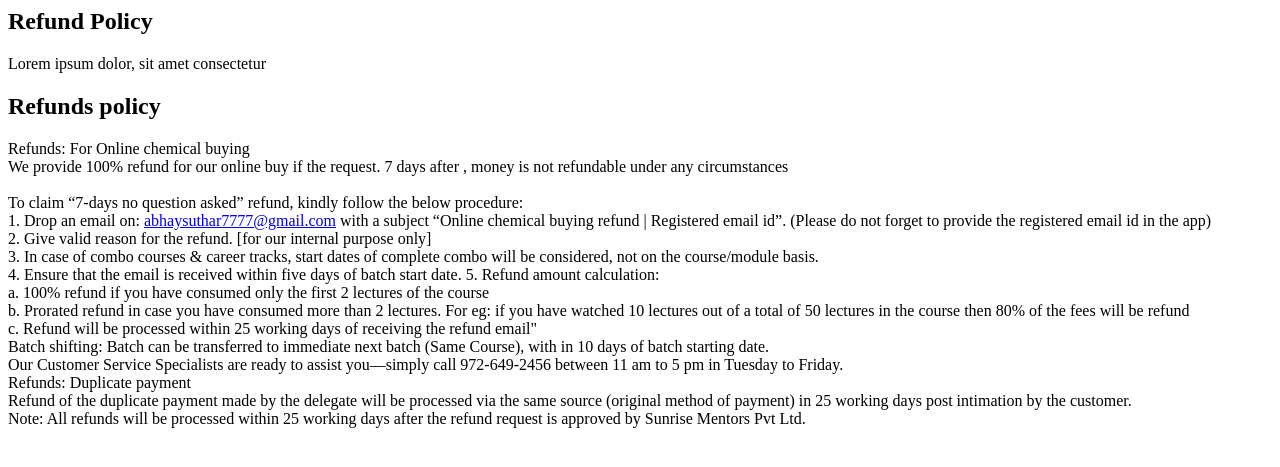
Repository: abhay3690/cheMart
Page: cheMart/cheMart/WebContent/jsp/user/refund.html
These files come from the project's save history. The page is drawn as it stood at one moment and after the next save; the edit follows.
The browser window is 1280 px wide. The pictures show the whole page.

Above is the page before, as saved 2023-11-07 11:10:00.

After the next save:
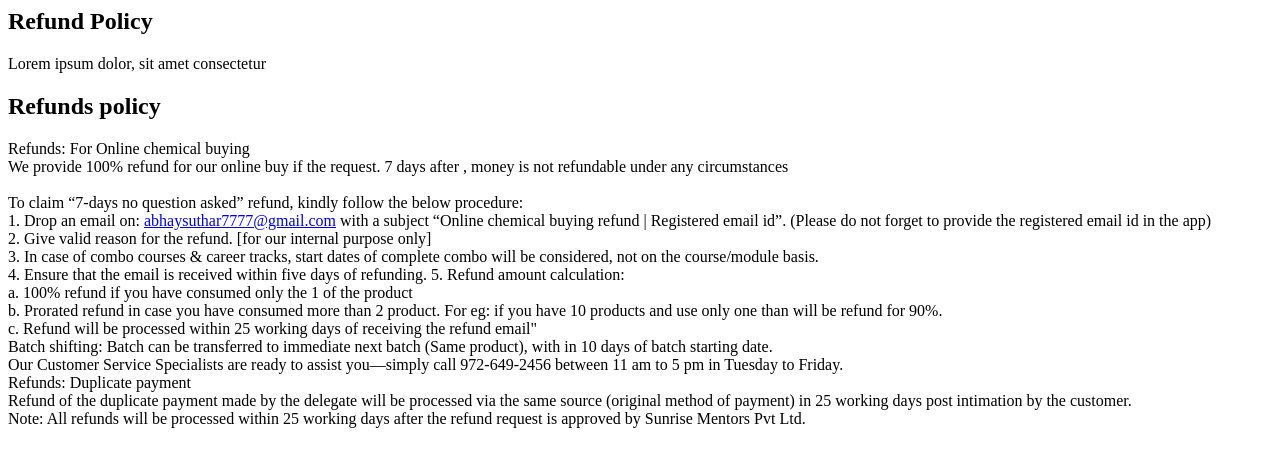
Saved 3 min 32 s later.
--- a/cheMart/cheMart/WebContent/jsp/user/refund.html
+++ b/cheMart/cheMart/WebContent/jsp/user/refund.html
@@ -15,16 +15,15 @@ email id in the app)<br>
 2. Give valid reason for the refund. [for our internal purpose only]<br>
 3. In case of combo courses & career tracks, start dates of complete combo will
 be considered, not on the course/module basis.<br>
-4. Ensure that the email is received within five days of batch start date.
+4. Ensure that the email is received within five days of refunding.
 5. Refund amount calculation:<br>
-a. 100% refund if you have consumed only the first 2 lectures of the
-course<br>
-b. Prorated refund in case you have consumed more than 2 lectures. For
-eg: if you have watched 10 lectures out of a total of 50 lectures in the
-course then 80% of the fees will be refund<br>
+a. 100% refund if you have consumed only the 1 of the
+product<br>
+b. Prorated refund in case you have consumed more than 2 product. For
+eg: if you have 10 products and use only one than  will be refund for 90%.<br>
 c. Refund will be processed within 25 working days of receiving the
 refund email"<br>
-Batch shifting: Batch can be transferred to immediate next batch (Same Course),
+Batch shifting: Batch can be transferred to immediate next batch (Same product),
 with in 10 days of batch starting date.<br>
 Our Customer Service Specialists are ready to assist you—simply call 972-649-2456 between 11 am to 5 pm in Tuesday to Friday.<br>
 Refunds: Duplicate payment
